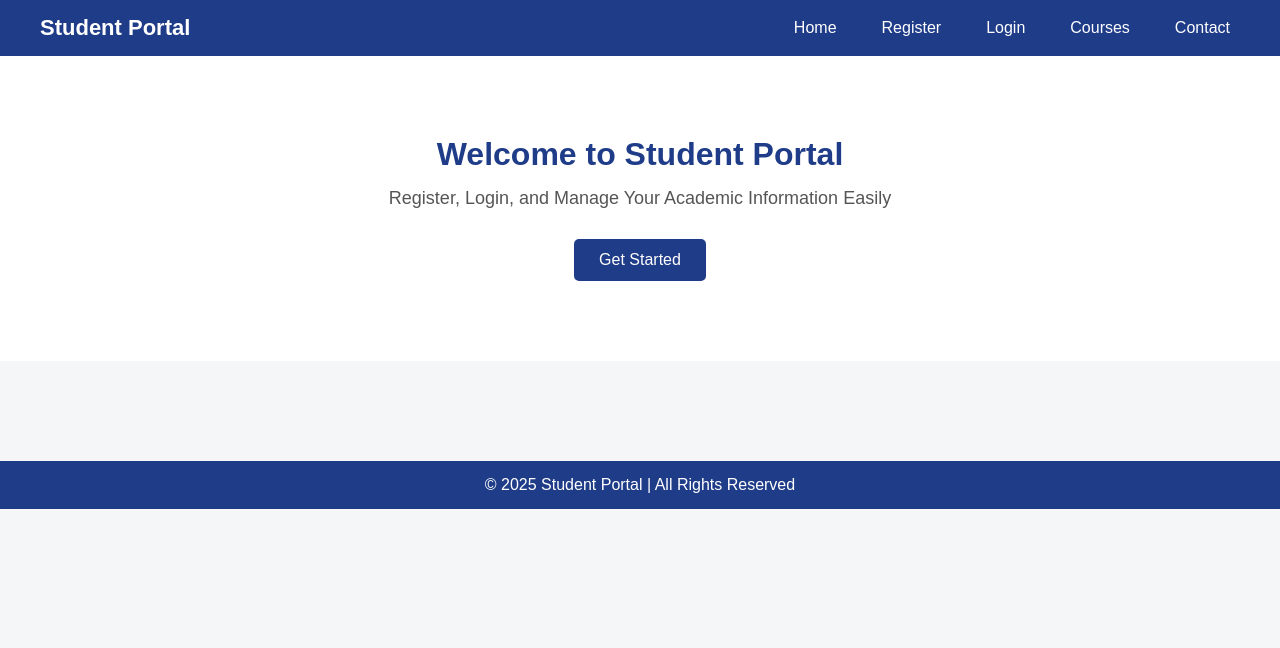
Repository: Tanvisalunkhe/Java_Codes
Page: demo/src/main/webapp/Home.html
The author's editor kept a copy of each file at every save. The page is drawn from the files as they stood at one save, then again after the next save.
The browser window is 1280 px wide. The pictures show the whole page.

Above is the page before, as saved 2025-12-26 06:39:21.

### demo/src/main/webapp/Home.html
<!DOCTYPE html>
<html lang="en">
<head>
    <meta charset="UTF-8">
    <title>Student Portal | Home</title>

    <style>
        * {
            margin: 0;
            padding: 0;
            box-sizing: border-box;
            font-family: Arial, sans-serif;
        }

        body {
            background-color: #f4f6f8;
        }

        /* Navbar */
        .navbar {
            background-color: #1f3c88; /* Dark Blue */
            padding: 15px 40px;
            display: flex;
            justify-content: space-between;
            align-items: center;
        }

        .navbar h1 {
            color: white;
            font-size: 22px;
        }

        .navbar ul {
            list-style: none;
            display: flex;
        }

        .navbar ul li {
            margin-left: 25px;
        }

        .navbar ul li a {
            color: white;
            text-decoration: none;
            font-size: 16px;
            padding: 6px 10px;
        }

        .navbar ul li a:hover {
            background-color: #ffffff;
            color: #1f3c88;
            border-radius: 4px;
        }

        /* Hero Section */
        .hero {
            text-align: center;
            padding: 80px 20px;
            background-color: white;
        }

        .hero h2 {
            font-size: 32px;
            color: #1f3c88;
        }

        .hero p {
            font-size: 18px;
            margin-top: 15px;
            color: #555;
        }

        /* Buttons */
        .btn {
            display: inline-block;
            margin-top: 30px;
            padding: 12px 25px;
            background-color: #1f3c88;
            color: white;
            text-decoration: none;
            border-radius: 5px;
            font-size: 16px;
        }

        .btn:hover {
            background-color: #163172;
        }

        /* Footer */
        footer {
            background-color: #1f3c88;
            color: white;
            text-align: center;
            padding: 15px;
            margin-top: 100px;
        }
    </style>
</head>

<body>

    <!-- Navigation Bar -->
    <div class="navbar">
        <h1>Student Portal</h1>
        <ul>
            <li><a href="#">Home</a></li>
            <li><a href="#">Register</a></li>
            <li><a href="#">Login</a></li>
            <li><a href="#">Courses</a></li>
            <li><a href="#">Contact</a></li>
        </ul>
    </div>

    <!-- Hero Section -->
    <div class="hero">
        <h2>Welcome to Student Portal</h2>
        <p>Register, Login, and Manage Your Academic Information Easily</p>

        <a href="register.html" class="btn">Get Started</a>
    </div>

    <!-- Footer -->
    <footer>
        © 2025 Student Portal | All Rights Reserved
    </footer>

</body>
</html>

After the next save:
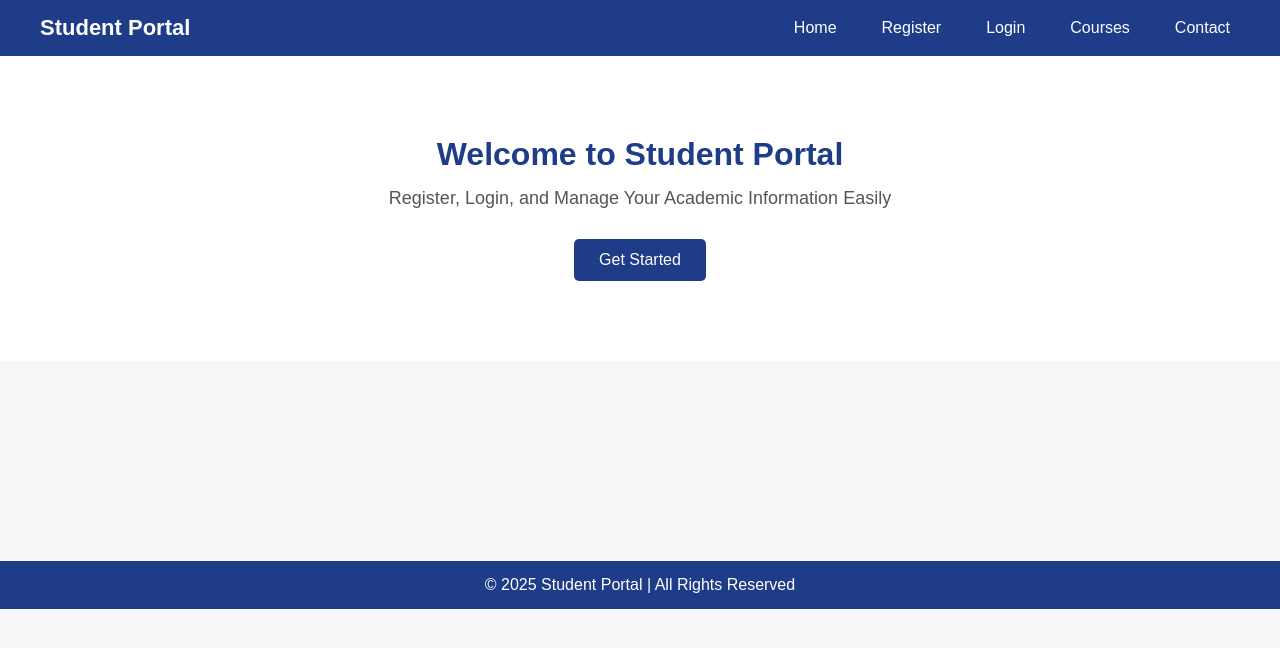
Saved 21 s later.
--- a/demo/src/main/webapp/Home.html
+++ b/demo/src/main/webapp/Home.html
@@ -92,7 +92,7 @@
             color: white;
             text-align: center;
             padding: 15px;
-            margin-top: 100px;
+            margin-top: 200px;
         }
     </style>
 </head>
